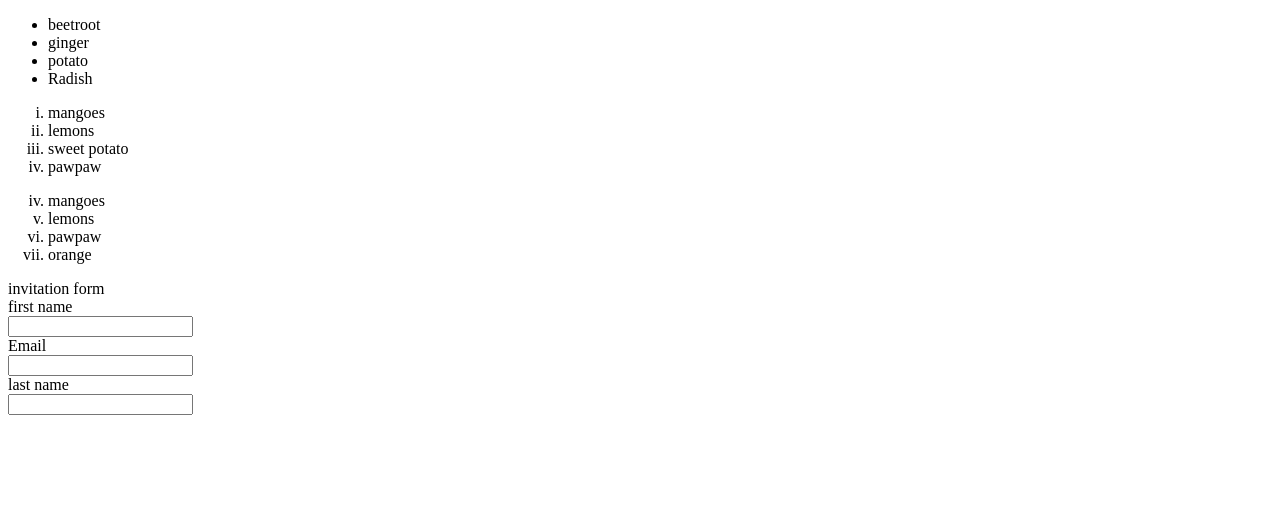
Repository: Okwahi/first--code-lessons
Page: Rinato.html
The author's editor kept a copy of each file at every save. The page is drawn from the files as they stood at one save, then again after a run of saves.
The browser window is 1280 px wide. The pictures show the whole page.

Above is the page before, as saved 2023-03-09 11:43:26.

### Rinato.html
<!DOCTYPE html>
<html lang="en">
<head>
    <meta charset="UTF-8">
    <meta http-equiv="X-UA-Compatible" content="IE=edge">
    <meta name="viewport" content="width=device-width, initial-scale=1.0">
    <title>Document</title>
    <link rel="stylesheet" href="/Rinato.css">
</head>
<body>
    <ul type="triangle">
        <li>beetroot</li>
        <li>ginger</li>
        <li>potato</li>
        <li>Radish</li>
    </ul>
    <ol type="i">
        <li> mangoes</li>
        <li>lemons</li>
        <li>sweet potato</li>
        <li>pawpaw</li>

    </ol>
    <ol type="i" start="4">
        <li>mangoes</li>
        <li>lemons</li>
        <li>pawpaw</li>
        <li>orange</li>
    </ol>
    <ol>

    </ol>

    <form action=""> invitation form <br>
        <label for="first name"> first name</label><br>
        <input type="text" id="first name" name="first name"><br>
        <label for="Email">Email</label><br>
        <input type="Email" id="Email" name="Email"><br>
        <label for="last name">last name</label><br>
        <input type="text" id="last name"><br>
    </form>

Loaded but not shown: Rinato.css (common file)

After the next 5 saves:
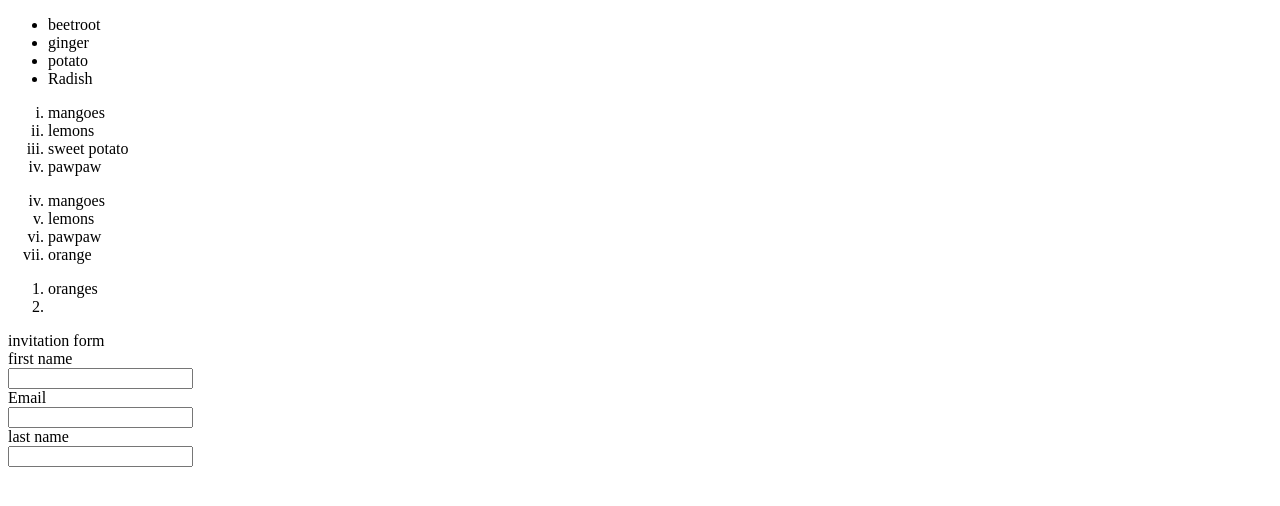
The 5 saves are shown as one change because they came seconds apart.
The last was saved 14 s later.
--- a/Rinato.html
+++ b/Rinato.html
@@ -28,7 +28,8 @@
         <li>orange</li>
     </ol>
     <ol>
-
+        <li>oranges</li>
+        <li></li>
     </ol>
 
     <form action=""> invitation form <br>
